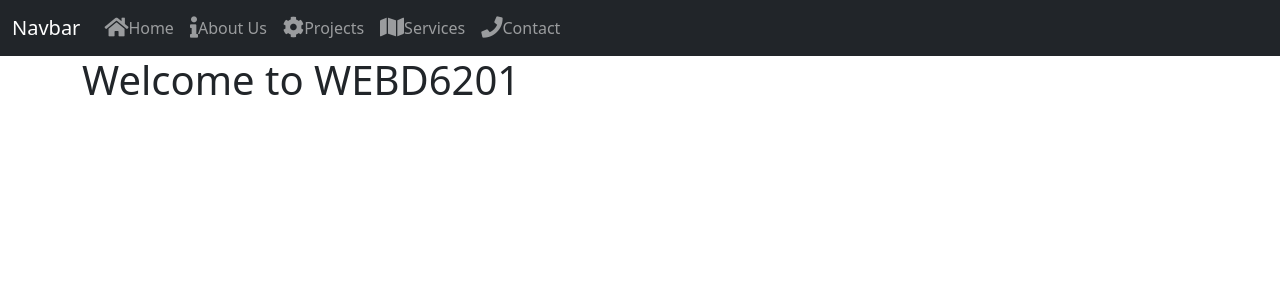
Repository: deividwsantoss/webd6201-W2021-ICE1
Page: Index.html
The author's editor kept a copy of each file at every save. The page is drawn from the files as they stood at one save, then again after the next save.
The browser window is 1280 px wide. The pictures show the whole page.

Above is the page before, as saved 2021-02-02 10:09:12.

After the next save:
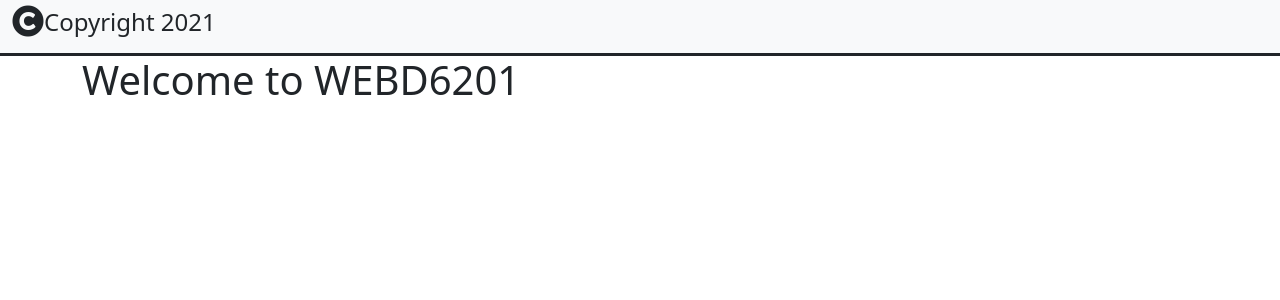
Saved 100 s later.
--- a/Index.html
+++ b/Index.html
@@ -48,7 +48,11 @@
     </main>
 
     <footer>
-
+        <nav class="navbar fixed-top navbar-light bg-light">
+            <div class="container-fluid">
+                <h4><i class="fas fa-copyright fa-lg"></i>Copyright 2021 </h4>
+            </div>
+          </nav>
     </footer>
     <!-- Script Section-->
     <script src="./node_modules/jquery/dist/jquery.min.js"></script>

After the save that followed:
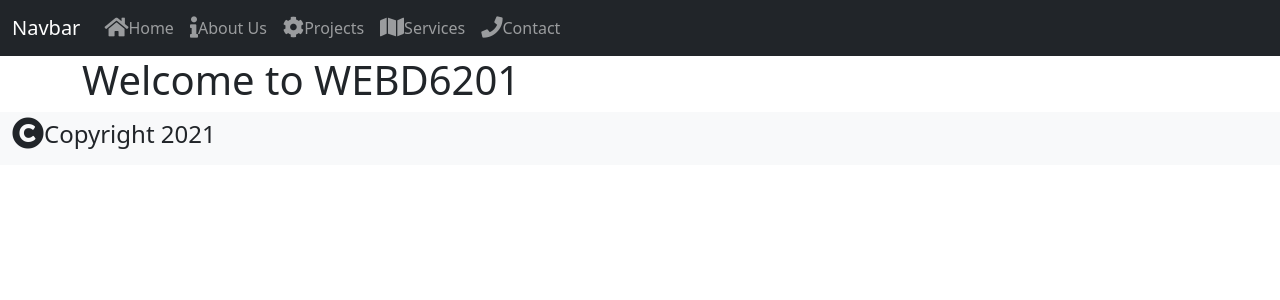
Saved 45 s later.
--- a/Index.html
+++ b/Index.html
@@ -48,7 +48,7 @@
     </main>
 
     <footer>
-        <nav class="navbar fixed-top navbar-light bg-light">
+        <nav class="navbar fixed-botton navbar-light bg-light">
             <div class="container-fluid">
                 <h4><i class="fas fa-copyright fa-lg"></i>Copyright 2021 </h4>
             </div>
